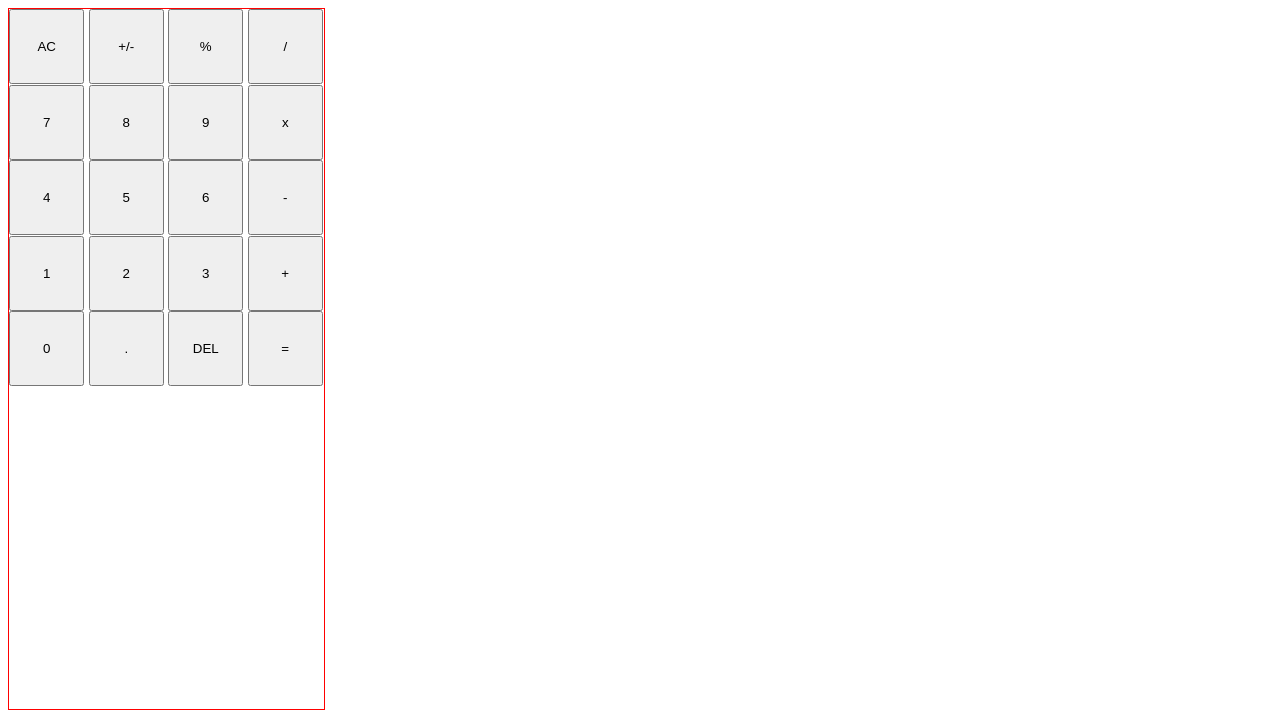
Repository: baziz22/Vanilla_JS_Projects
Page: claculator/index.html
These files come from the project's save history. The page is drawn as it stood at one moment and after the next save; the edit follows.
The browser window is 1280 px wide. The pictures show the whole page.

Above is the page before, as saved 2022-02-28 07:23:43.

### claculator/index.html
<!DOCTYPE html>
<html lang="en">
  <head>
    <meta charset="UTF-8" />
    <meta http-equiv="X-UA-Compatible" content="IE=edge" />
    <meta name="viewport" content="width=device-width, initial-scale=1.0" />
    <link rel="stylesheet" href="style.css" />
    <script src="script.js" defer></script>
    <title>Calculator</title>
  </head>
  <body>
    <div class="container">
      <div class="wrapper">
        <div id="output"></div>
        <button>AC</button>
        <button>+/-</button>
        <button>%</button>
        <button>/</button>
        <button>7</button>
        <button>8</button>
        <button>9</button>
        <button>x</button>
        <button>4</button>
        <button>5</button>
        <button>6</button>
        <button>-</button>
        <button>1</button>
        <button>2</button>
        <button>3</button>
        <button>+</button>
        <button>0</button>
        <button>.</button>
        <button>DEL</button>
        <button>=</button>
      </div>
    </div>
  </body>
</html>

### claculator/style.css
.wrapper {
  border: 1px solid red;
  width: 315px;
  height: 700px;
}
button {
  margin: 0.25px;
  width: 75px;
  height: 75px;
}
.output {
  width: 300px;
  height: 150px;
  border: 1px solid red;
}

Loaded but not shown: claculator/script.js (no copy from this time; the picture is the same without it)

After the next save:
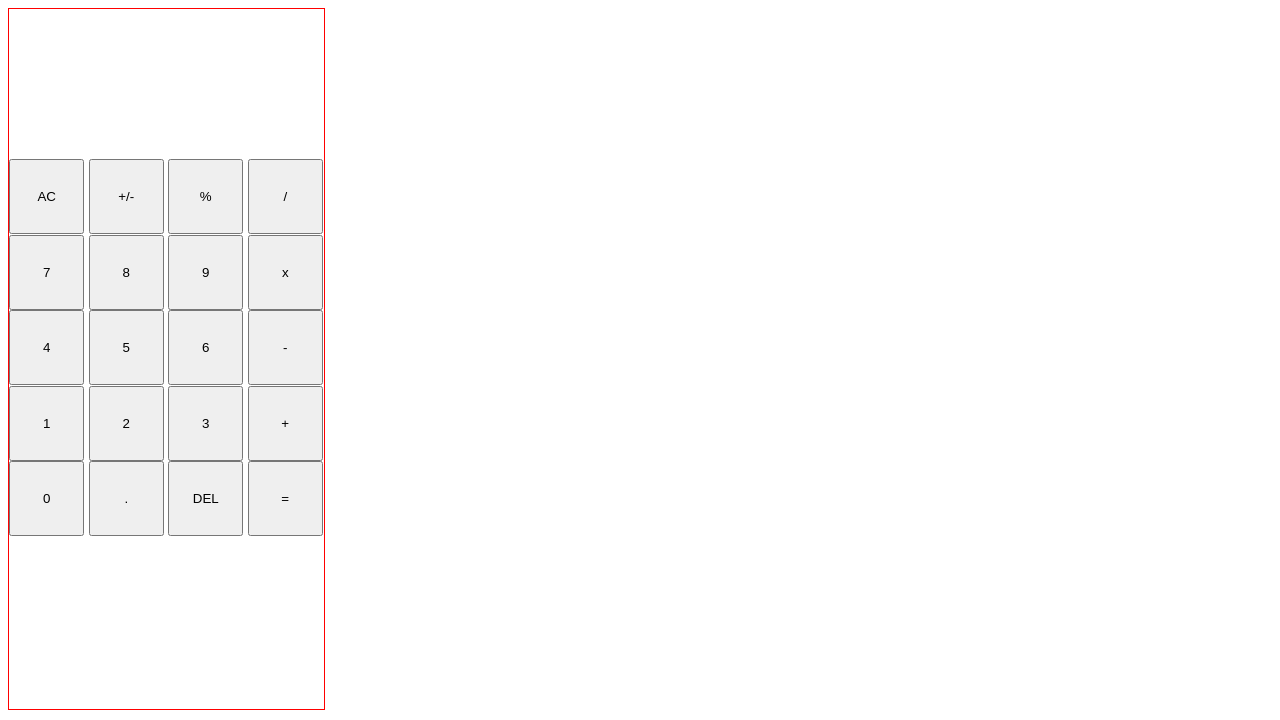
Saved 20 s later.
--- a/claculator/style.css
+++ b/claculator/style.css
@@ -8,8 +8,7 @@ button {
   width: 75px;
   height: 75px;
 }
-.output {
+#output {
   width: 300px;
   height: 150px;
-  border: 1px solid red;
 }
